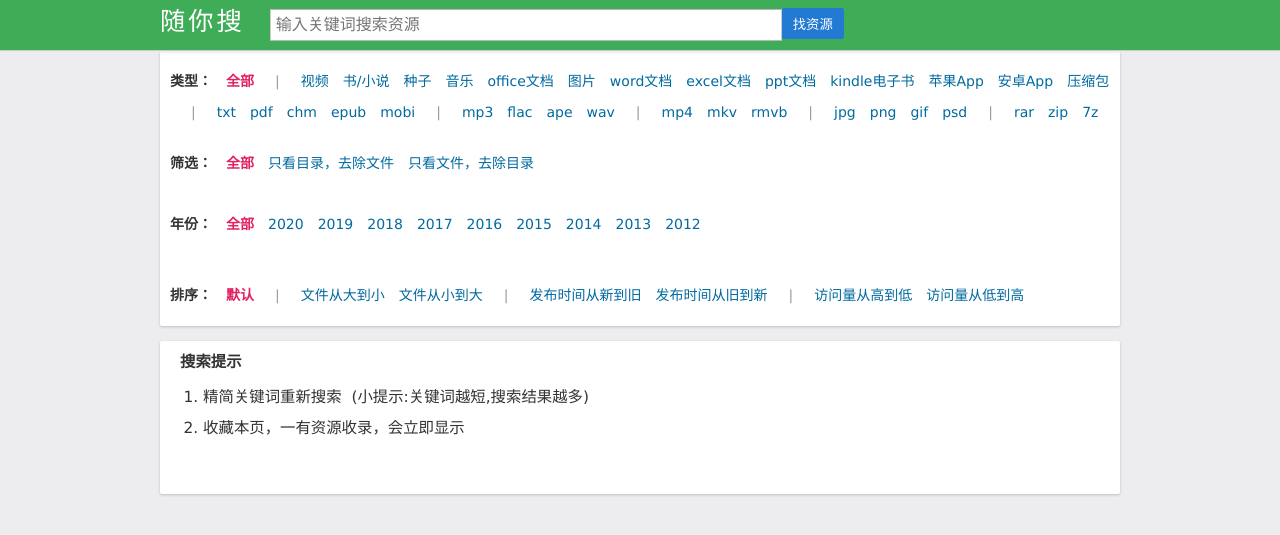
Repository: youngsailsail/nodeStudy
Page: / (app in 爬虫/前端vue/search-book/)
The author's editor kept a copy of each file at every save. The page is drawn from the files as they stood at one save, then again after a run of saves.
The browser window is 1280 px wide. The pictures show the whole page.
Pictures or frames that could not be fetched are drawn as grey boxes. The project was rebuilt for these pictures with package versions that can differ from the ones it lists, and the page was loaded fresh each time. Also part of the build but not shown: 爬虫/前端vue/search-book/vue.config.js.

Above is the page before, as saved 2020-05-09 22:42:04.

### 爬虫/前端vue/search-book/src/App.vue
<template>
  <div id="app">
    <Search />
    <FilterBook />
    <List />
  </div>
</template>

<script>
import Search from "./components/Search.vue";
import FilterBook from "./components/FilterBook.vue";
import List from "./components/List.vue";

export default {
  name: "App",
  components: {
    Search,
    FilterBook,
    List
  }
};
</script>

<style>
@import "./assets/css/screen.css";
@import "./assets/css/app.css";
</style>

### 爬虫/前端vue/search-book/src/assets/css/screen.css
/* reset.css */
html {margin:0;padding:0;border:0;}
body, div, span, object, iframe, h1, h2, h3, h4, h5, h6, p, blockquote, pre, a, abbr, acronym, address, code, del, dfn, em, img, q, dl, dt, dd, ol, ul, li, fieldset, form, label, legend, table, caption, tbody, tfoot, thead, tr, th, td, article, aside, dialog, figure, footer, header, hgroup, nav, section {margin:0;padding:0;border:0;font-size:100%;font:inherit;vertical-align:baseline;}
body {line-height:1.5;background:white;}
table {border-collapse:separate;border-spacing:0;}
caption, th, td {text-align:left;font-weight:normal;float:none !important;}
table, th, td {vertical-align:middle;}
blockquote:before, blockquote:after, q:before, q:after {content:'';}
blockquote, q {quotes:"" "";}
a img {border:none;}
:focus {outline:0;}

/* typography.css */
html {font-size:100.01%;}
body {font-size:75%;color:#222;background:#fff;font-family:"Helvetica Neue", Arial, Helvetica, sans-serif;}
a {color:#336699;text-decoration:none;}
a:focus, a:hover {color:#fff;background-color:#336699;}
h1, h2, h3, h4, h5, h6 {font-weight:normal;color:#111;}
h1 {font-size:3em;line-height:1;margin-bottom:0.5em;}
h2 {font-size:2em;margin-bottom:0.75em;}
h3 {font-size:1.5em;line-height:1;margin-bottom:1em;}
h4 {font-size:1.2em;line-height:1.25;margin-bottom:1.25em;}
h5 {font-size:1em;font-weight:bold;margin-bottom:1.5em;}
h6 {font-size:1em;font-weight:bold;}
h1 img, h2 img, h3 img, h4 img, h5 img, h6 img {margin:0;}
p {margin:0 0 1.5em;}
p .left {margin:1.5em 1.5em 1.5em 0;padding:0;}
p .right {margin:1.5em 0 1.5em 1.5em;padding:0;}
img.left {float:left;margin:1.5em 1.5em 1.5em 0;padding:0;}
img.right {float:right;margin:1.5em 0 1.5em 1.5em;}
blockquote {margin:1.5em;color:#666;font-style:italic;}
strong,dfn {font-weight:bold;}
em, dfn {font-style:italic;}
sup, sub {line-height:0;}
abbr, acronym {border-bottom:1px dotted #666;}
address {margin:0 0 1.5em;font-style:italic;}
del {color:#666;}
pre {margin:1.5em 0;white-space:pre;}
pre, code, tt {font:1em 'andale mono', 'lucida console', monospace;line-height:1.5;}
li ul, li ol {margin:0;}
ul, ol {margin:0;}
ul {list-style-type:disc;}
ol {list-style-type:decimal;}
dl {margin:0 0 1.5em 0;}
dl dt {font-weight:bold;}
dd {margin-left:1.5em;}
table {width:100%;}
th {font-weight:bold;}
thead th {background:#c3d9ff;}
th, td, caption {padding:4px 10px 4px 5px;}
tr.even td {background:#e5ecf9;}
tfoot {font-style:italic;}
caption {background:#eee;}

/* forms.css */
label {font-weight:bold;}
fieldset {padding:0 1.4em 1.4em 1.4em;margin:0 0 1.5em 0;border:1px solid #e0e0e0;}
legend {font-weight:bold;font-size:1.2em;margin-top:-0.2em;margin-bottom:1em;}
fieldset, #IE8#HACK {padding-top:1.4em;}
legend, #IE8#HACK {margin-top:0;margin-bottom:0;}
input[type=text], input[type=password], input[type=url], input[type=email], input.text, input.title, textarea {background-color:#fff;border:1px solid #e0e0e0;color:#000;}
input[type=text]:focus, input[type=password]:focus, input[type=url]:focus, input[type=email]:focus, input.text:focus, input.title:focus, textarea:focus {border-color:#7FB9F8;}
select {background-color:#fff;border-width:1px;border-style:solid;}
input[type=text], input[type=password], input[type=url], input[type=email], input.text, input.title, textarea, select {margin:0.5em 0;}
textarea.text, textarea.title input.text, input.title {width:300px;padding:5px;}
textarea.title, input.title {font-size:1.5em;}
textarea {width:390px;height:250px;padding:5px;}
form.inline {line-height:3;}
form.inline p {margin-bottom:0;}

/* grid.css */
.container {width:990px;margin:0 auto;}
.column, div.span-1, div.span-2, div.span-3, div.span-4, div.span-5, div.span-6, div.span-7, div.span-8, div.span-9, div.span-10, div.span-11, div.span-12, div.span-13, div.span-14, div.span-15, div.span-16, div.span-17, div.span-18, div.span-19, div.span-20, div.span-21, div.span-22, div.span-23, div.span-24 {float:left;}
.last, div.last {margin:0 0 0 10px;}
.span-1 {width:50px;}
.span-2 {width:90px;}
.span-3 {width:130px;}
.span-4 {width:185px;}
.span-5 {width:210px;}
.span-6 {width:260px;}
.span-7 {width:290px;}
.span-8 {width:330px;}
.span-9 {width:370px;}
.span-10 {width:410px;}
.span-11 {width:435px;}
.span-12 {width:480px;}
.span-13 {width:515px;}
.span-14 {width:555px;}
.span-15 {width:595px;}
.span-16 {width:635px;}
.span-17 {width:675px;}
.span-18 {width:720px;}
.span-19 {width:770px;}
.span-20 {width:795px;}
.span-21 {width:835px;}
.span-22 {width:875px;}
.span-23 {width:915px;}
.span-24, div.span-24 {width:990px;margin:0;}
hr {background:#ddd;color:#ddd;clear:both;float:none;width:100%;height:.1em;margin:0 0 1.45em;border:none;}
hr.space {background:#fff;color:#fff;}
.container:after {content:"\0020";display:block;height:0;clear:both;visibility:hidden;overflow:hidden;}
.container {display:block;}

### 爬虫/前端vue/search-book/src/components/Search.vue
<template>
  <div class="top-fix-nav">
    <div class="container no-c-border">
      <span class="name">
        <a href="http://www.rufengso.net/">随你搜</a>
      </span>
      <form style="display:inline" @submit.prevent="submit">
        <input
          placeholder="输入关键词搜索资源"
          autocomplete="off"
          maxlength="255"
          type="text"
          class="title"
          name="n"
          v-model="searchTxt"
        />
        <input type="submit" class="s_btn" value="找资源" />
        <!-- <input type="checkbox" id="close_sug" class="sep-left1" checked="checked" />
        <span class="white small2">关闭搜索提示</span>-->
      </form>
    </div>
  </div>
</template>
<script>
import { mapActions } from "vuex";
export default {
  data() {
    return {
      searchTxt: ""
    };
  },
  methods: {
    ...mapActions(["getListData"]),
    submit(e) {
      if (!this.searchTxt) {
        alert("请先输入资源名称");
        return;
      }
      const query = {
        n: this.searchTxt,
        isSearch: true
      };
      this.getListData(query);
    }
  }
};
</script>

### 爬虫/前端vue/search-book/src/components/FilterBook.vue
<template>
  <div class="container sep15-">
    <div class="iframe">
      <iframe height="230" width="150" src="https://www.ximalaya.com/thirdparty/player/album/player.html?id=13507836&type=red" frameborder=0 allowfullscreen></iframe>
    </div>
    <div class="search-toolbox">
      <div class="sep sep1">
        <b>类型：</b>
        <a class="on sep1 isAll" rel="nofollow" data="f-">全部</a>
        <span class="sep">|</span>
        <a rel="nofollow" data="f-f4" title="搜索文件类型：mp4 mkv rmvb avi flv vob mpg">视频</a>
        <a rel="nofollow" data="f-f2" title="搜索文件类型：txt pdf chm rtf epub mobi azw azw3 kfx">书/小说</a>
        <a rel="nofollow" data="f-f5" title="搜索文件类型：torrent">种子</a>
        <a rel="nofollow" data="f-f3" title="搜索文件类型：mp3 flac ape wav">音乐</a>
        <a rel="nofollow" data="f-f1" title="搜索文件类型：doc docx xls xlsx ppt pptx wps">office文档</a>
        <a rel="nofollow" data="f-f6" title="搜索文件类型：jpg jpeg png gif bmp">图片</a>
        <a rel="nofollow" data="f-f7" title="搜索文件类型：doc docx">word文档</a>
        <a rel="nofollow" data="f-f8" title="搜索文件类型：xls xlsx">excel文档</a>
        <a rel="nofollow" data="f-f9" title="搜索文件类型：ppt pptx">ppt文档</a>
        <a rel="nofollow" data="f-f10" title="搜索文件类型：mobi azw azw3 kfx">kindle电子书</a>
        <a rel="nofollow" data="f-f11" title="搜索文件类型：ipa">苹果App</a>
        <a rel="nofollow" data="f-f12" title="搜索文件类型：apk">安卓App</a>
        <a rel="nofollow" data="f-f13" title="搜索文件类型：zip rar 7z gzip tar gz bz2">压缩包</a>
        <span class="sep">|</span>
        <a rel="nofollow" data="f-txt">txt</a>
        <a rel="nofollow" data="f-pdf">pdf</a>
        <a rel="nofollow" data="f-chm">chm</a>
        <a rel="nofollow" data="f-epub">epub</a>
        <a rel="nofollow" data="f-mobi">mobi</a>
        <span class="sep">|</span>
        <a rel="nofollow" data="f-mp3">mp3</a>
        <a rel="nofollow" data="f-flac">flac</a>
        <a rel="nofollow" data="f-ape">ape</a>
        <a rel="nofollow" data="f-wav">wav</a>
        <span class="sep">|</span>
        <a rel="nofollow" data="f-mp4">mp4</a>
        <a rel="nofollow" data="f-mkv">mkv</a>
        <a rel="nofollow" data="f-rmvb">rmvb</a>
        <span class="sep">|</span>
        <a rel="nofollow" data="f-jpg">jpg</a>
        <a rel="nofollow" data="f-png">png</a>
        <a rel="nofollow" data="f-gif">gif</a>
        <a rel="nofollow" data="f-psd">psd</a>
        <span class="sep">|</span>
        <a rel="nofollow" data="f-rar">rar</a>
        <a rel="nofollow" data="f-zip">zip</a>
        <a rel="nofollow" data="f-7z">7z</a>
      </div>
      <div class="sep sep2">
        <b>筛选：</b>
        <a class="on sep2 isAll" rel="nofollow" data="nd-">全部</a>
        <a rel="nofollow" data="nd-d">只看目录，去除文件</a>
        <a rel="nofollow" data="nd-f">只看文件，去除目录</a>
      </div>
      <div class="sep sep3">
        <b>年份：</b>
        <a class="on sep3 isAll" rel="nofollow" data="y-" title="只看全部年分享的资源">全部</a>
        <a rel="nofollow" data="y-2020" title="只看2020年分享的资源">2020</a>
        <a rel="nofollow" data="y-2019" title="只看2019年分享的资源">2019</a>
        <a rel="nofollow" data="y-2018" title="只看2018年分享的资源">2018</a>
        <a rel="nofollow" data="y-2017" title="只看2017年分享的资源">2017</a>
        <a rel="nofollow" data="y-2016" title="只看2016年分享的资源">2016</a>
        <a rel="nofollow" data="y-2015" title="只看2015年分享的资源">2015</a>
        <a rel="nofollow" data="y-2014" title="只看2014年分享的资源">2014</a>
        <a rel="nofollow" data="y-2013" title="只看2013年分享的资源">2013</a>
        <a rel="nofollow" data="y-2012" title="只看2012年分享的资源">2012</a>
      </div>
      <div class="sep sep4">
        <b>排序：</b>
        <a class="on sep4 isAll" rel="nofollow" data="s-" isAll>默认</a>
        <span class="sep">|</span>
        <a rel="nofollow" data="s-size1">文件从大到小</a>
        <a rel="nofollow" data="s-size2">文件从小到大</a>
        <span class="sep">|</span>
        <a rel="nofollow" data="s-feedtime1">发布时间从新到旧</a>
        <a rel="nofollow" data="s-feedtime2">发布时间从旧到新</a>
        <span class="sep">|</span>
        <a rel="nofollow" data="s-vcnt1">访问量从高到低</a>
        <a rel="nofollow" data="s-vcnt2">访问量从低到高</a>
      </div>
    </div>
  </div>
</template>
<script>
import { mapState, mapActions, mapMutations } from "vuex";
export default {
  data() {
    return {
      queryObj: {}
    };
  },
  computed: {
    ...mapState(["listData"])
  },
  mounted() {
    let that = this;
    document.querySelectorAll(".search-toolbox a").forEach(element => {
      element.addEventListener("click", function() {
        let parentClass = this.parentNode.classList[1];
        let selectClass = `.on.${parentClass}`;
        if (document.querySelector(selectClass)) {
          document
            .querySelector(selectClass)
            .classList.remove("on", parentClass);
        }
        this.classList.add("on", parentClass);
        let [key, val] = this.getAttribute("data").split("-");
        that.queryObj = {
          ...that.queryObj,
          [key]: val
        };
        that.getData();
      });
    });
  },
  watch: {
    listData(newVal, oldVal) {
      if (!newVal) return;
      const { isSearch } = newVal;
      if (isSearch) {
        this.queryObj = {};
        this.setQueryObj({});
        this.$forceUpdate();
        document.querySelectorAll("a.on").forEach(element => {
          let parentClass = element.parentNode.classList[1];
          element.classList.remove("on", parentClass);
        });
        document.querySelectorAll("a.isAll").forEach(element => {
          let parentClass = element.parentNode.classList[1];
          element.classList.add("on", parentClass);
        });
      }
    }
  },
  methods: {
    ...mapActions(["getListData"]),
    ...mapMutations(["setQueryObj"]),
    getData() {
      let query = {
        n: this.listData.bookName,
        isFilter: true,
        ...this.queryObj
      };
      this.setQueryObj(query);
      if (!this.listData.bookName) return;
      this.getListData(query);
    }
  }
};
</script>
<style lang="scss" scoped>
.container {
  position: relative;
}
.iframe {
  position: fixed;
  right: -160px;
  top: 60px;
}
.container {
  padding-top: 51px;
}
.search-toolbox a {
  cursor: pointer;
  text-decoration: none;
}
</style>

### 爬虫/前端vue/search-book/src/components/List.vue
<template>
  <div class="container" v-if="listData">
    <div class="search-page">
      <div v-if="listData.bookName">
        随你搜为您找到
        <h1 class="inline">
          <span class="red sep-both05 bold">{{listData.bookName}}</span>相关的网盘资源
        </h1>
        <span class="red sep-both05 bold">{{listData.count}}</span>条
      </div>
      <div class="row" style="background-color: white;" v-for="(item,index) in listData.list" :key="index">
        <h3>
          <a @click="toDetail(item)" :title="item.title" @click.prevent="getSource(item)" class="box-title">
            <span class="highlight">{{item.title}}</span>
          </a>
        </h3>
        <p>
          <img :title="item.type" width="16" height="16" :src="item.src" />&nbsp;&nbsp;
          <span class="size">{{item.size}}</span>
          <span class="small">由{{item.author}} &nbsp; ---- &nbsp;于{{item.date}}发布</span>
        </p>
      </div>
      <div class="page-list" v-if="listData.bookName && listData.count">
        <button title="上一页" :disabled="currentPage==1" @click.prevent="toGetData(currentPage-1)">上一页</button>
        <span class="current">&nbsp;&nbsp;第{{currentPage}}页&nbsp;&nbsp;</span>
        <button title="下一页" :disabled="currentPage==pageCount" @click.prevent="toGetData(currentPage+1)">下一页</button>&nbsp;
        <a v-show="pageCount>1&&currentPage<pageCount" title="尾页" @click.prevent="toGetData(pageCount)">尾页</a>
        <a v-show="pageCount>1&&currentPage==pageCount" title="首页" @click.prevent="toGetData(1)">首页</a>
        <br />跳页&nbsp;
        <input name="custompage" class="custompage" title="输入页码，按回车快速跳转" type="number" v-model.trim="size" @keydown.enter="toGetData(size)" :max="pageCount" :min="1" /> &nbsp;/{{pageCount}}页&nbsp;&nbsp;
        <span class="pcount">共{{pageCount}}页&nbsp;&nbsp;</span>
        <span class="total">{{listData.count}}项&nbsp;&nbsp;</span>&nbsp;&nbsp;
        <span v-if="size>pageCount" class="highlight">输入值最大为{{pageCount}}</span>
      </div>
      <div class="search-page" v-else>
        <div class="sep large" style="padding-top:10px">
          <b>搜索提示</b>
          <ol>
            <li>精简关键词重新搜索&nbsp;&nbsp;(小提示:关键词越短,搜索结果越多)</li>
            <li>收藏本页，一有资源收录，会立即显示</li>
          </ol>
        </div>
        <br class="bothall" />
      </div>
    </div>
    <div style="margin-top:30px"></div>
  </div>
</template>
<script>
import { mapState, mapActions } from "vuex";
export default {
  data() {
    return {
      currentPage: 1,
      size: 1,
      source: null
    };
  },
  computed: {
    ...mapState(["listData", "queryObj"]),
    pageCount() {
      return Math.ceil(this.listData.count / 30);
    }
  },
  methods: {
    ...mapActions(["getListData"]),
    toGetData(index) {
      if (index > this.pageCount) {
        return;
      }
      this.currentPage = index;
      if (!this.listData.bookName) return;
      const query = {
        ...this.queryObj,
        n: this.listData.bookName,
        pageIndex: index,
        isFilter: false
      };
      this.getListData(query);
    },
    async toDetail(item) {
      let { url } = await this.$api.get("/getBookUrl", {
        params: {
          href: item.href
        }
      });
      var arg =
        '\u003cscript\u003elocation.replace("' + url + '")\u003c/script\u003e';
      window.open("javascript:window.name;", arg);
    }
    // cancel() {
    //   this.source.cancel("这里你可以输出一些信息，可以在catch中拿到");
    // }
  },
  watch: {
    listData(newVal, oldVal) {
      if (!newVal) return;
      const { isFilter, isSearch } = newVal;
      if (isFilter || isSearch) {
        this.currentPage = 1;
        this.size = 1;
      }
    }
  }
};
</script>
<style lang="scss" scoped>
.activeBtn {
  background-color: #227ad3;
  color: white;
}
.page-list {
  a {
    text-decoration: none;
    cursor: pointer;
  }
}
.custompage {
  padding-left: 5px;
  width: 50px;
  text-align: center;
}
.small {
  margin-left: 20px;
}
.box-title {
  cursor: pointer;
  width: 80%;
  display: inline-block;
  overflow: hidden; //超出的文本隐藏
  text-overflow: ellipsis; //溢出用省略号显示
  white-space: nowrap;
}
</style>

Loaded but not shown: 爬虫/前端vue/search-book/public/index.html (common file); 爬虫/前端vue/search-book/src/util/http.js (53 lines, source omitted); 爬虫/前端vue/search-book/src/store/index.js (39 lines, source omitted); 爬虫/前端vue/search-book/src/main.js (11 lines, source omitted); 爬虫/前端vue/search-book/src/assets/css/app.css (1467 lines, source omitted)

After the next 2 saves:
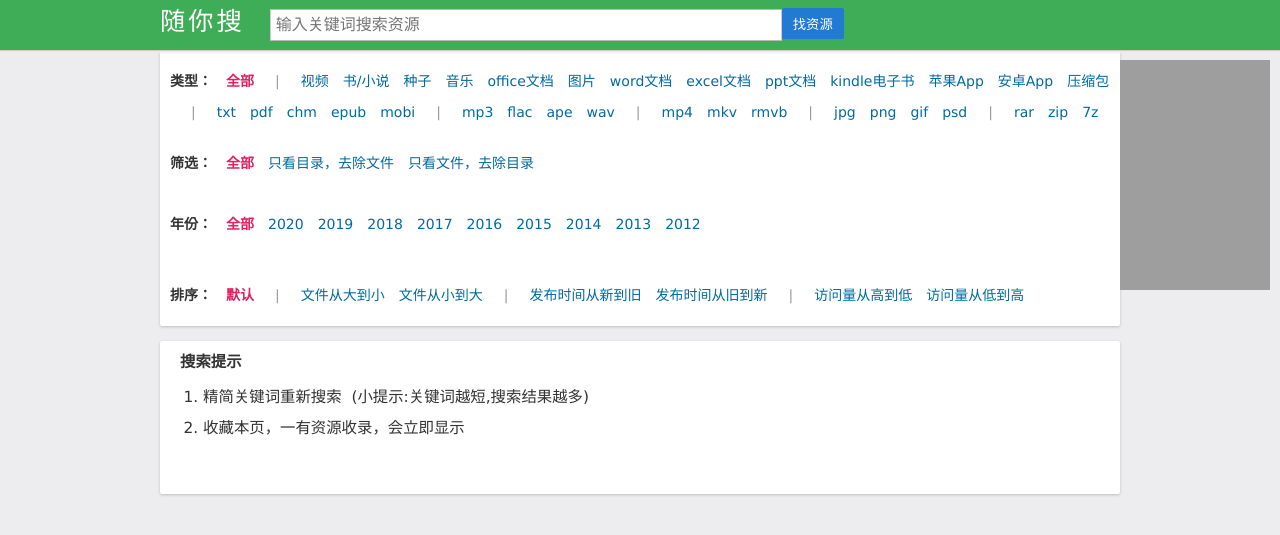
The 2 saves are shown as one change because they came seconds apart.
The last was saved 9 s later.
--- a/爬虫/前端vue/search-book/src/components/FilterBook.vue
+++ b/爬虫/前端vue/search-book/src/components/FilterBook.vue
@@ -154,7 +154,7 @@ export default {
 }
 .iframe {
   position: fixed;
-  right: -160px;
+  right: 10px;
   top: 60px;
 }
 .container {
